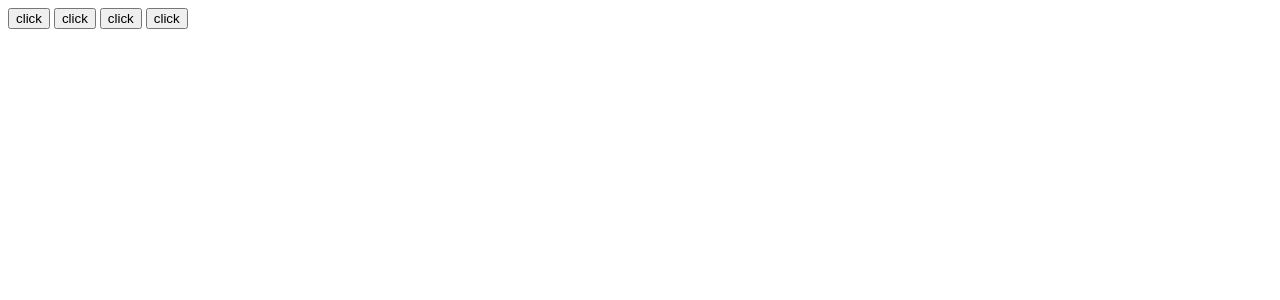
Repository: yhj4130/JsonStudy
Page: JsonApp01/WebContent/JsonTest06.html
An editor plug-in stored every save of this project. The page is shown before and after the next save, followed by the edit.
The browser window is 1280 px wide. The pictures show the whole page.

Above is the page before, as saved 2019-05-31 06:22:13.

### JsonApp01/WebContent/JsonTest06.html
<script type="text/javascript">

	var obj1 =
	{
		"test" : "abc"
	}

</script>

<form>

	<input type="button" value="click" onclick="alert(obj1)">
	<input type="button" value="click" onclick="alert(typeof obj1)">

	<input type="button" value="click" onclick="alert(obj1.test)">
	<input type="button" value="click" onclick="alert(typeof obj1.test)">

</form>

After the next save:
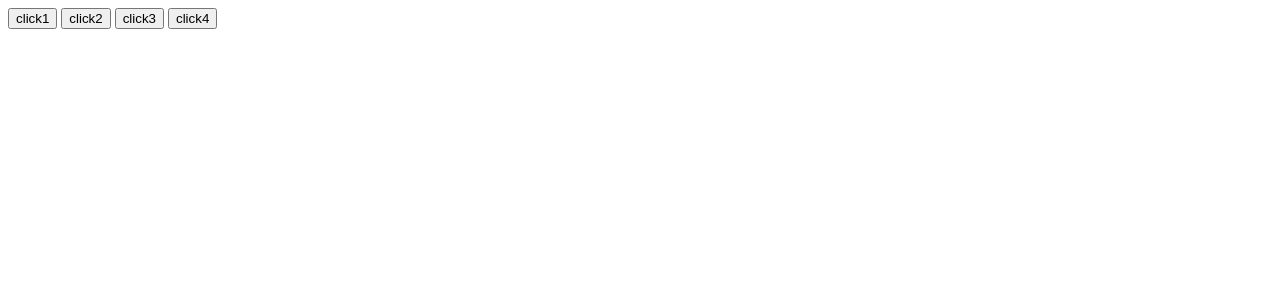
Saved 16 s later.
--- a/JsonApp01/WebContent/JsonTest06.html
+++ b/JsonApp01/WebContent/JsonTest06.html
@@ -9,10 +9,10 @@
 
 <form>
 
-	<input type="button" value="click" onclick="alert(obj1)">
-	<input type="button" value="click" onclick="alert(typeof obj1)">
+	<input type="button" value="click1" onclick="alert(obj1)">
+	<input type="button" value="click2" onclick="alert(typeof obj1)">
 
-	<input type="button" value="click" onclick="alert(obj1.test)">
-	<input type="button" value="click" onclick="alert(typeof obj1.test)">
+	<input type="button" value="click3" onclick="alert(obj1.test)">
+	<input type="button" value="click4" onclick="alert(typeof obj1.test)">
 
 </form>
